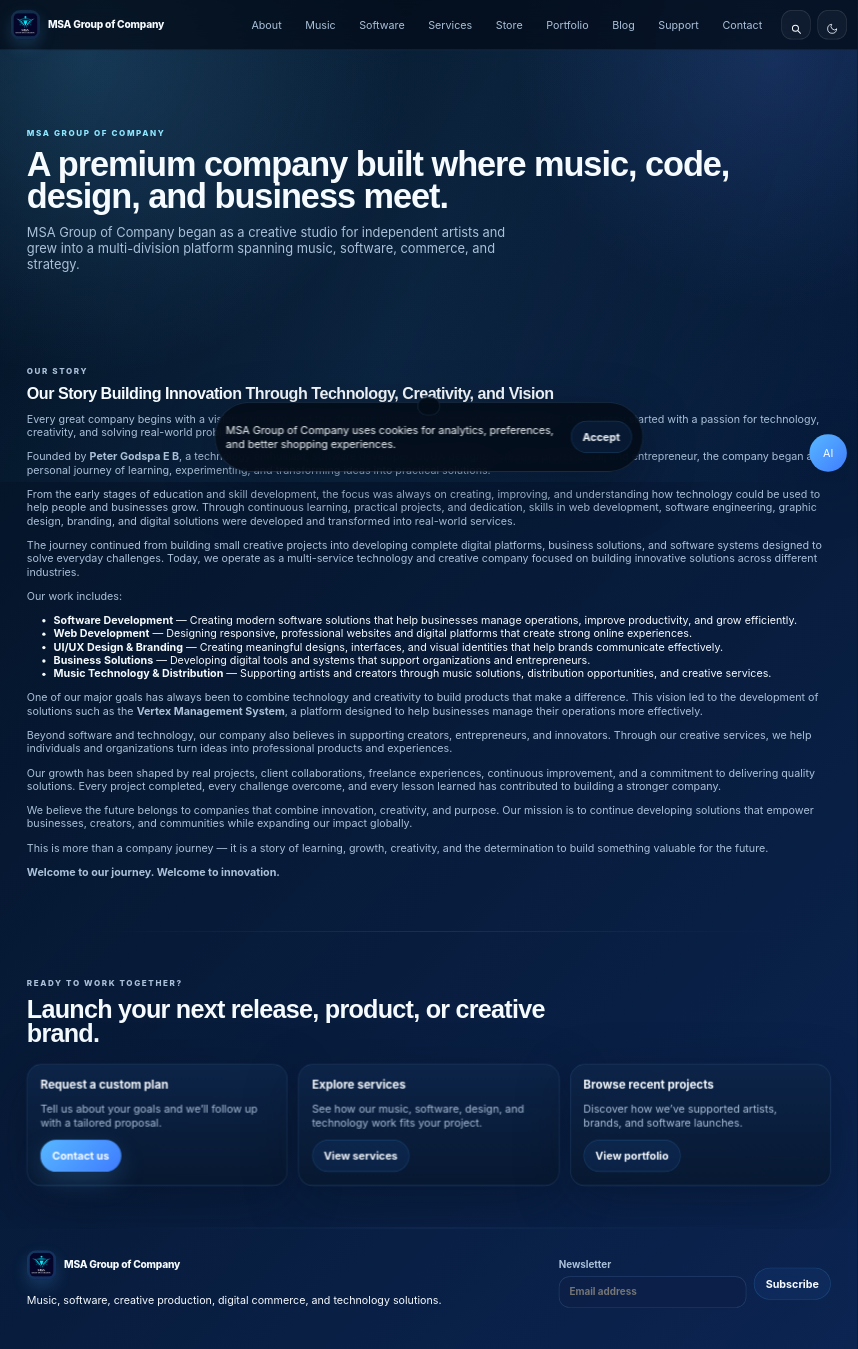
Repository: wifiasert/MSA-Group-of-Company
Page: about/index.html
These files come from the project's save history. The page is drawn as it stood at one moment and after a run of saves; the edit follows.
The browser window is 1280 px wide. The pictures show the whole page, at 67% of full size.

Above is the page before, as saved 2026-07-18 04:25:42.

After the next 4 saves:
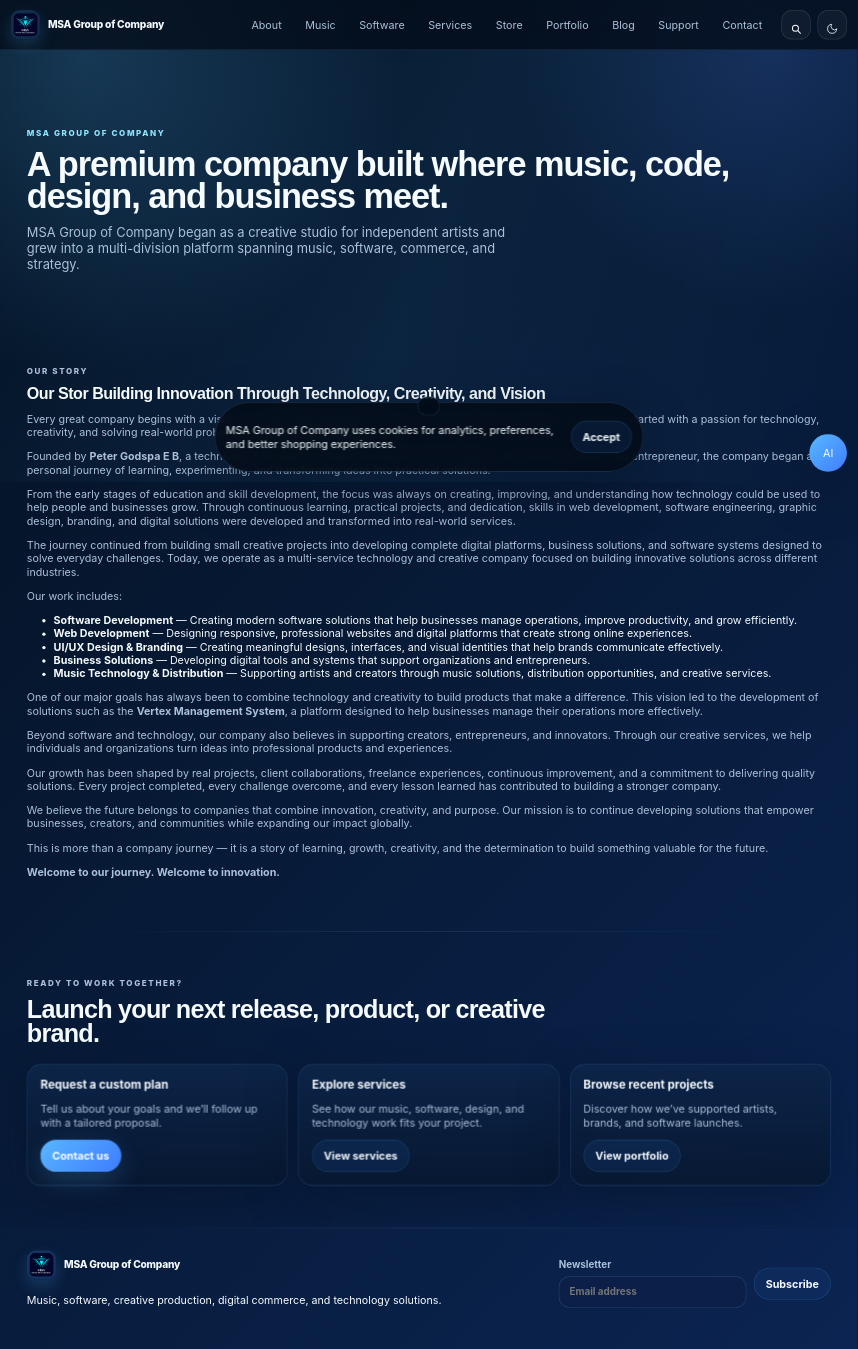
The 4 saves are shown as one change because they came seconds apart.
The last was saved 10 s later.
--- a/about/index.html
+++ b/about/index.html
@@ -316,7 +316,7 @@
       <div class="container">
       <div class="story-panel">
         <p class="eyebrow">Our Story</p>
-        <h2>Our Story Building Innovation Through Technology, Creativity, and Vision</h2>
+        <h2>Our Stor<B></B> Building Innovation Through Technology, Creativity, and Vision</h2>
         <p>Every great company begins with a vision, curiosity, and the determination to build something meaningful. Our journey started with a passion for technology, creativity, and solving real-world problems through digital solutions.</p>
         <p>Founded by <strong>Peter Godspa E B</strong>, a technology enthusiast, software developer, UI/UX designer, creative professional, and entrepreneur, the company began as a personal journey of learning, experimenting, and transforming ideas into practical solutions.</p>
         <p>From the early stages of education and skill development, the focus was always on creating, improving, and understanding how technology could be used to help people and businesses grow. Through continuous learning, practical projects, and dedication, skills in web development, software engineering, graphic design, branding, and digital solutions were developed and transformed into real-world services.</p>

After the 2 saves that followed:
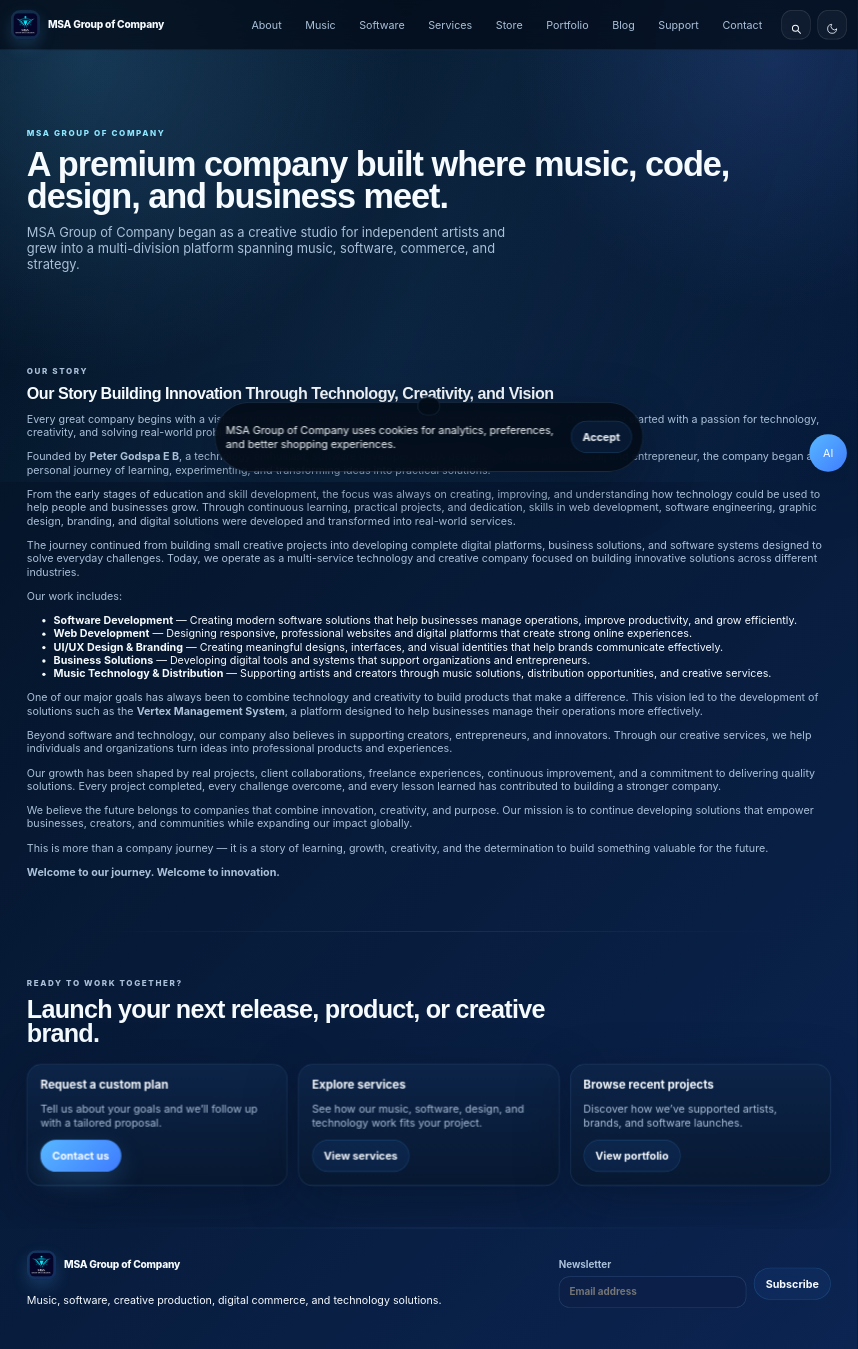
The 2 saves are shown as one change because they came seconds apart.
The last was saved 6 s later.
--- a/about/index.html
+++ b/about/index.html
@@ -316,7 +316,7 @@
       <div class="container">
       <div class="story-panel">
         <p class="eyebrow">Our Story</p>
-        <h2>Our Stor<B></B> Building Innovation Through Technology, Creativity, and Vision</h2>
+        <h2>Our Story  Building Innovation Through Technology, Creativity, and Vision</h2>
         <p>Every great company begins with a vision, curiosity, and the determination to build something meaningful. Our journey started with a passion for technology, creativity, and solving real-world problems through digital solutions.</p>
         <p>Founded by <strong>Peter Godspa E B</strong>, a technology enthusiast, software developer, UI/UX designer, creative professional, and entrepreneur, the company began as a personal journey of learning, experimenting, and transforming ideas into practical solutions.</p>
         <p>From the early stages of education and skill development, the focus was always on creating, improving, and understanding how technology could be used to help people and businesses grow. Through continuous learning, practical projects, and dedication, skills in web development, software engineering, graphic design, branding, and digital solutions were developed and transformed into real-world services.</p>
